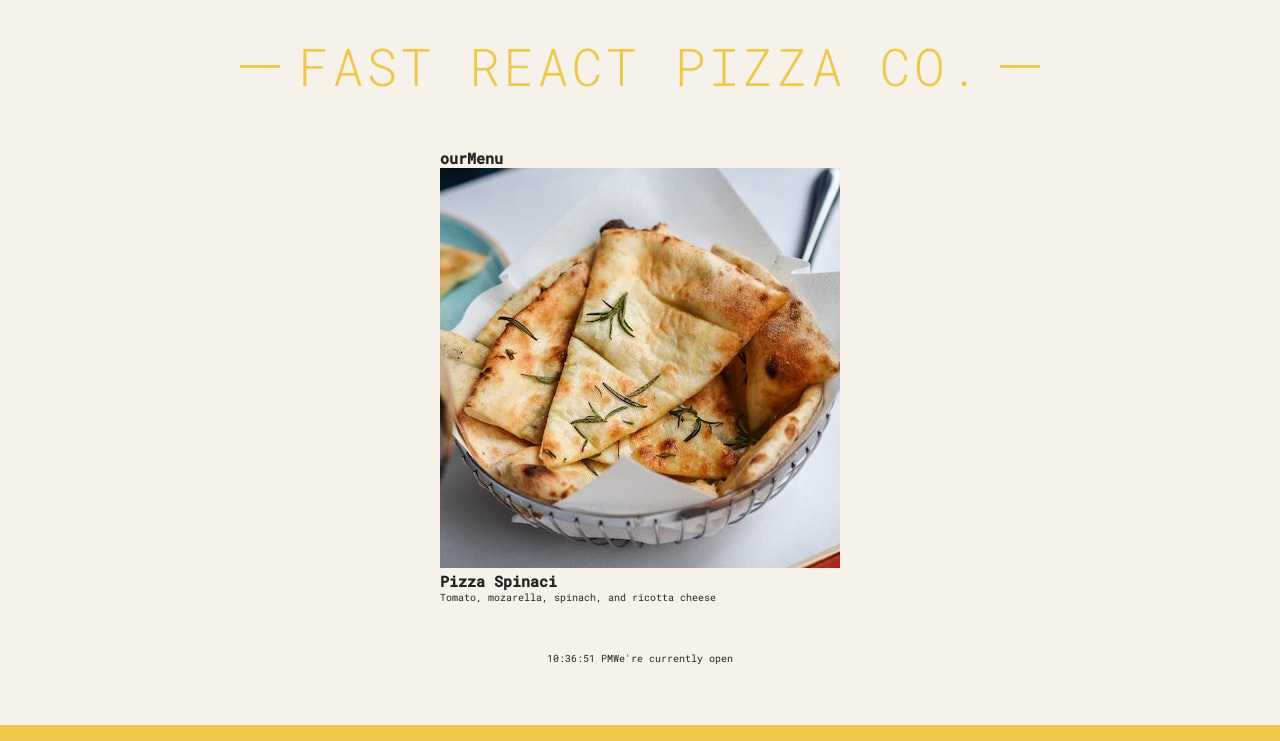
Repository: DhaWork/1-react-dasar-udemy-25
Page: /
The author's editor kept a copy of each file at every save. The page is drawn from the files as they stood at one save, then again after a run of saves.
The browser window is 1280 px wide. The pictures show the whole page.
The project was rebuilt for these pictures with package versions that can differ from the ones it lists, and the page was loaded fresh each time.

Above is the page before, as saved 2025-04-02 11:51:29.

After the next 2 saves:
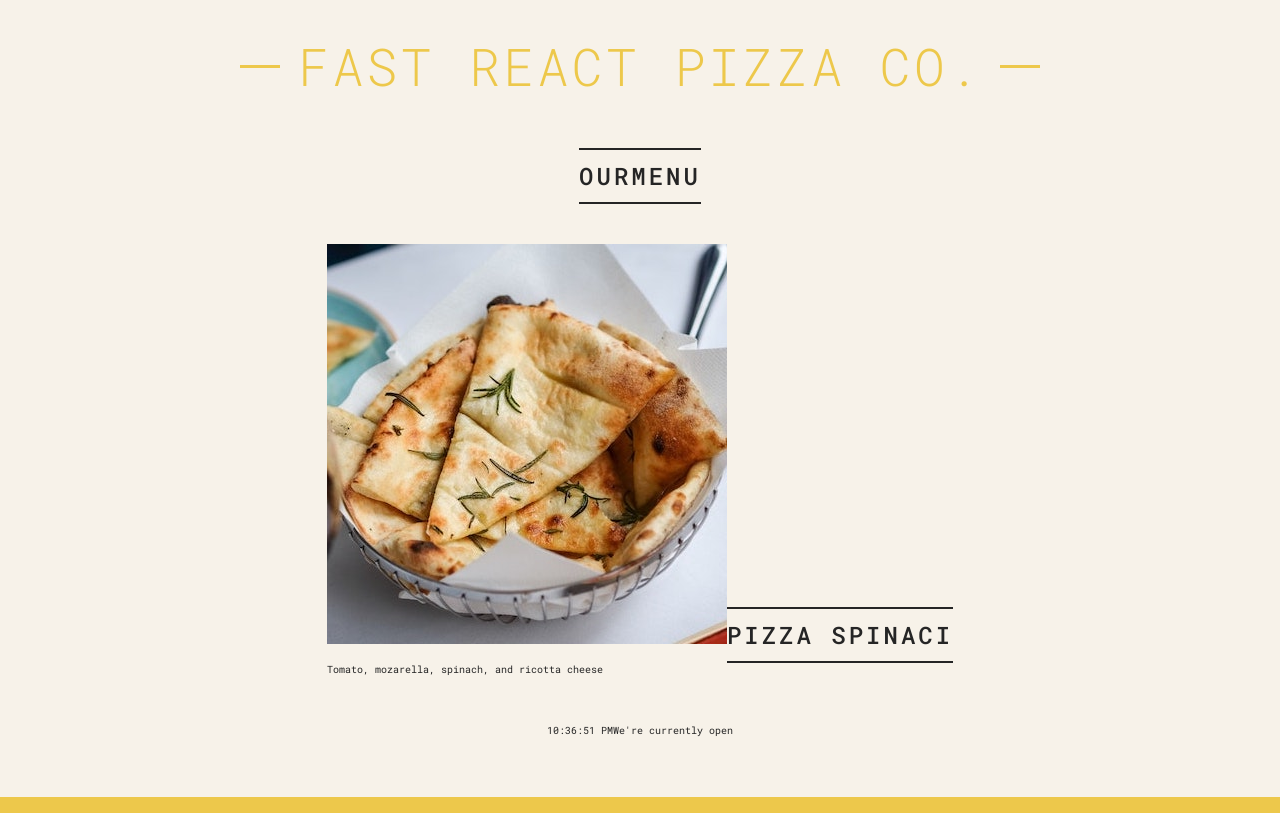
The 2 saves are shown as one change because they came seconds apart.
The last was saved 8 s later.
--- a/src/index.js
+++ b/src/index.js
@@ -70,7 +70,7 @@ function Header() {
 
 function Menu() {
     return (
-        <main>
+        <main className="menu" >
             <h2> ourMenu</h2>
             <Pizza />
         </main>
